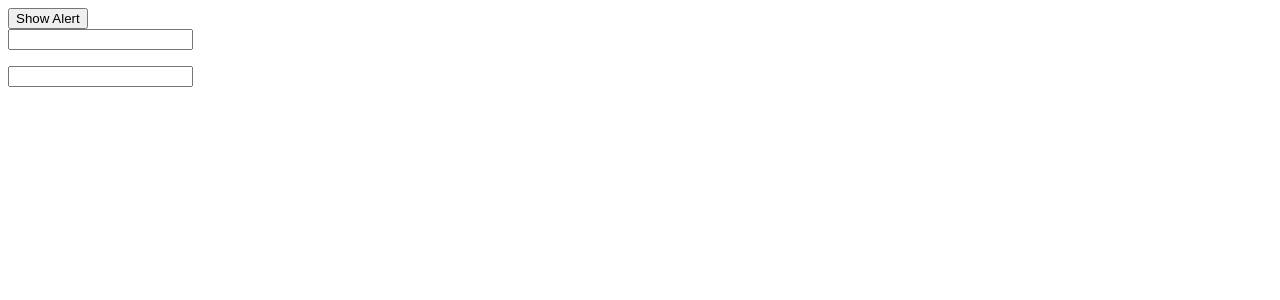
Repository: wojkos/Learn
Page: Vue/index3.html
The author's editor kept a copy of each file at every save. The page is drawn from the files as they stood at one save, then again after the next save.
The browser window is 1280 px wide. The pictures show the whole page.

Above is the page before, as saved 2018-04-09 23:39:20.

### Vue/index3.html
<!DOCTYPE html>
<html lang="en">

<head>
    <meta charset="UTF-8">
    <title>Document</title>
    <script src="vue/vue.js">
    </script>
</head>

<body>
    <div id="exercise">
        <!-- 1) Show an alert when the Button gets clicked -->
        <div>
            <button v-on:click="alert">Show Alert</button>
        </div>
        <!-- 2) Listen to the "keydown" event and store the value in a data property (hint: event.target.value gives you the value) -->
        <div>
            <input type="text" v-on:keydown="sendValue">
            <p>{{ value }}</p>
        </div>
        <!-- 3) Adjust the example from 2) to only fire if the "key down" is the ENTER key -->
        <div>
            <input type="text" v-on:keydown.enter="sendValue">
            <p>{{ value }}</p>
        </div>
    </div>


    <script>
        new Vue({
            el: '#exercise',
            data: {
                value: ''
            },
            methods: {
                alert: function() {
                    alert('Alert!!!');
                },
                sendValue: function() {
                    this.value = event.target.value;
                }
            }
        });
    </script>
</body>

</html>

Loaded but not shown: Vue/vue/vue.js (library)

After the next save:
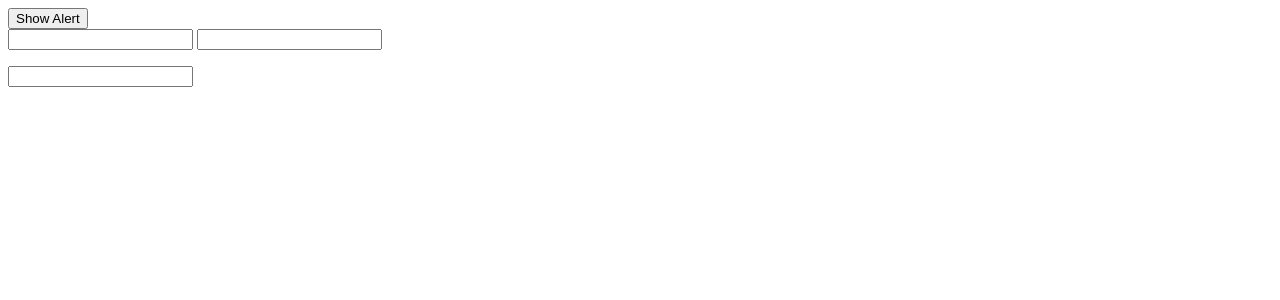
Saved 2 min 54 s later.
--- a/Vue/index3.html
+++ b/Vue/index3.html
@@ -17,6 +17,7 @@
         <!-- 2) Listen to the "keydown" event and store the value in a data property (hint: event.target.value gives you the value) -->
         <div>
             <input type="text" v-on:keydown="sendValue">
+            <input type="text" v-on:keydown="value = $event.target.value">
             <p>{{ value }}</p>
         </div>
         <!-- 3) Adjust the example from 2) to only fire if the "key down" is the ENTER key -->
